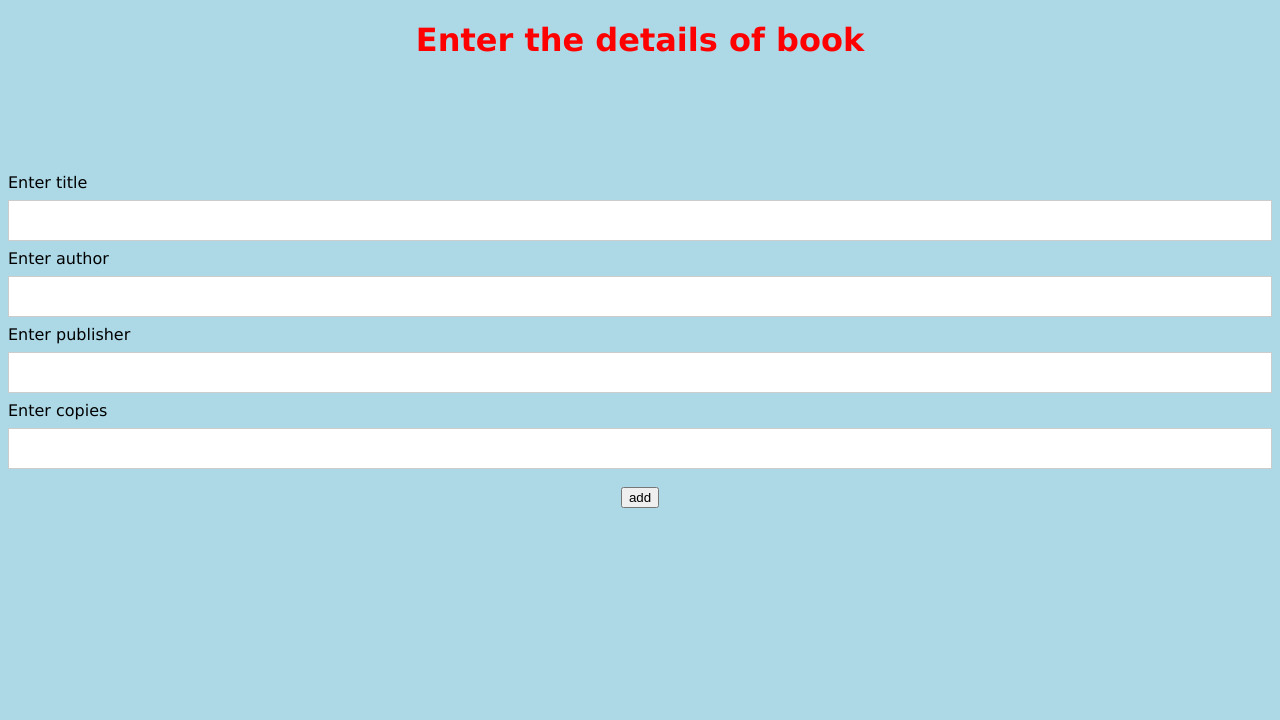
Repository: prashantvadlamani/Library-Management-System
Page: http://localhost/project/add.jsp
The author's editor kept a copy of each file at every save. The page is drawn from the files as they stood at one save, then again after the next save.
The browser window is 1280 px wide. The pictures show the whole page.
The page is served by Tomcat 9.

Above is the page before, as saved 2018-08-23 06:45:38.

After the next save:
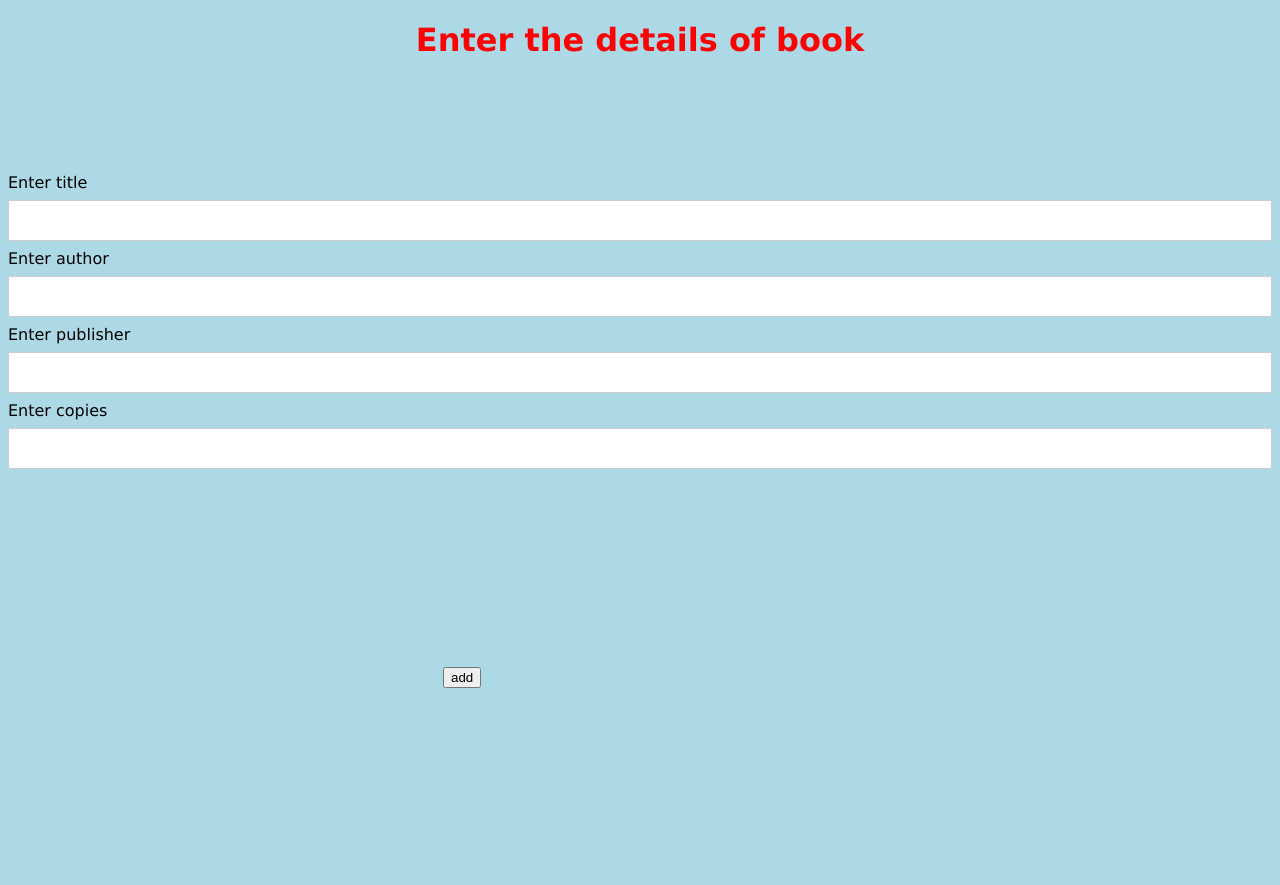
Saved 7 s later.
--- a/project/WebContent/add.jsp
+++ b/project/WebContent/add.jsp
@@ -30,8 +30,8 @@
 	}
 
 	table{
-		height: 40px;
-		width: 40px;
+		height: 400px;
+		width: 400px;
 	}
 </style>
 </head>
